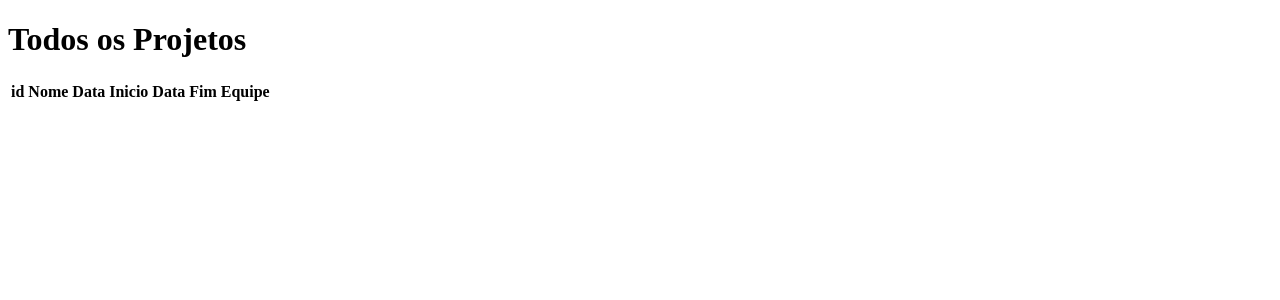
Repository: OmagnetFirel/basico-javaweb
Page: http://localhost/DEVManager/ListarTodosProjetos?np=/listarProjetos.jsp
These files come from the project's save history. The page is drawn as it stood at one moment and after the next save; the edit follows.
The browser window is 1280 px wide. The pictures show the whole page.
The page is served by Tomcat 9. Queries for data that is not in the repository find no rows.

Above is the page before, as saved 2023-04-23 17:43:20.

After the next save:
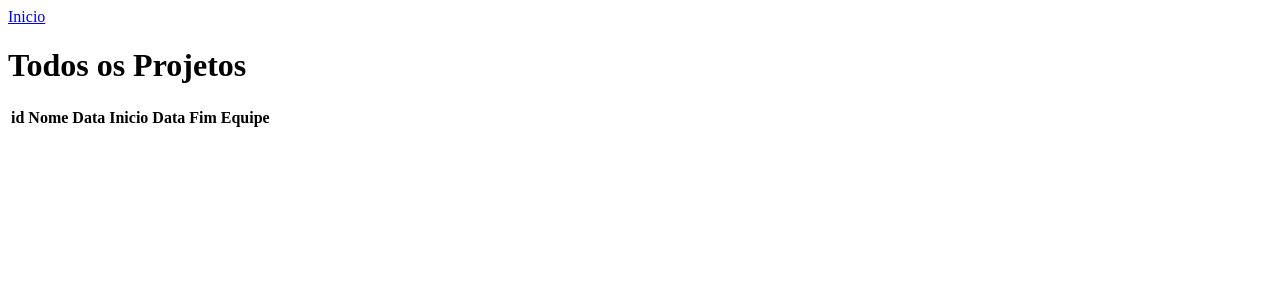
Saved 13 min 43 s later.
--- a/DEVManager/src/main/webapp/listarProjetos.jsp
+++ b/DEVManager/src/main/webapp/listarProjetos.jsp
@@ -8,7 +8,11 @@
 <title>DM - Todos os projetos</title>
 </head>
 <body>
-	<h1>Todos os Projetos</h1>
+	<div>
+		<a href="/index.html">Inicio</a>
+		<h1>Todos os Projetos</h1>
+	</div>
+
 	<table>
 		<tr>
 			<th>id</th>
